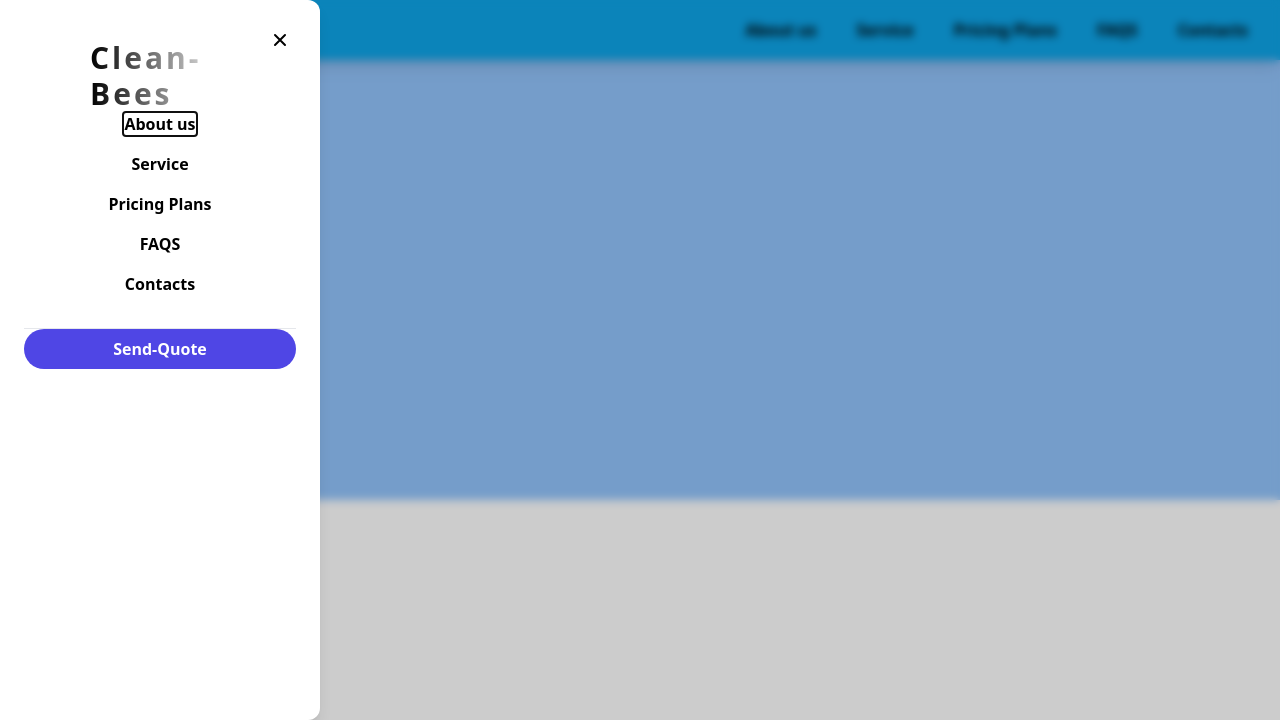
Repository: remydev47/cleanbees
Page: /
An editor plug-in stored every save of this project. The page is shown before and after the next save, followed by the edit.
The browser window is 1280 px wide. The pictures show the whole page.
The project was rebuilt for these pictures with package versions that can differ from the ones it lists, and the page was loaded fresh each time. The framework's server and built-in components were replaced by stand-ins that run in the browser. Also part of the build but not shown: next.config.js.

Above is the page before, as saved 2022-09-15 20:13:10.

After the next save:
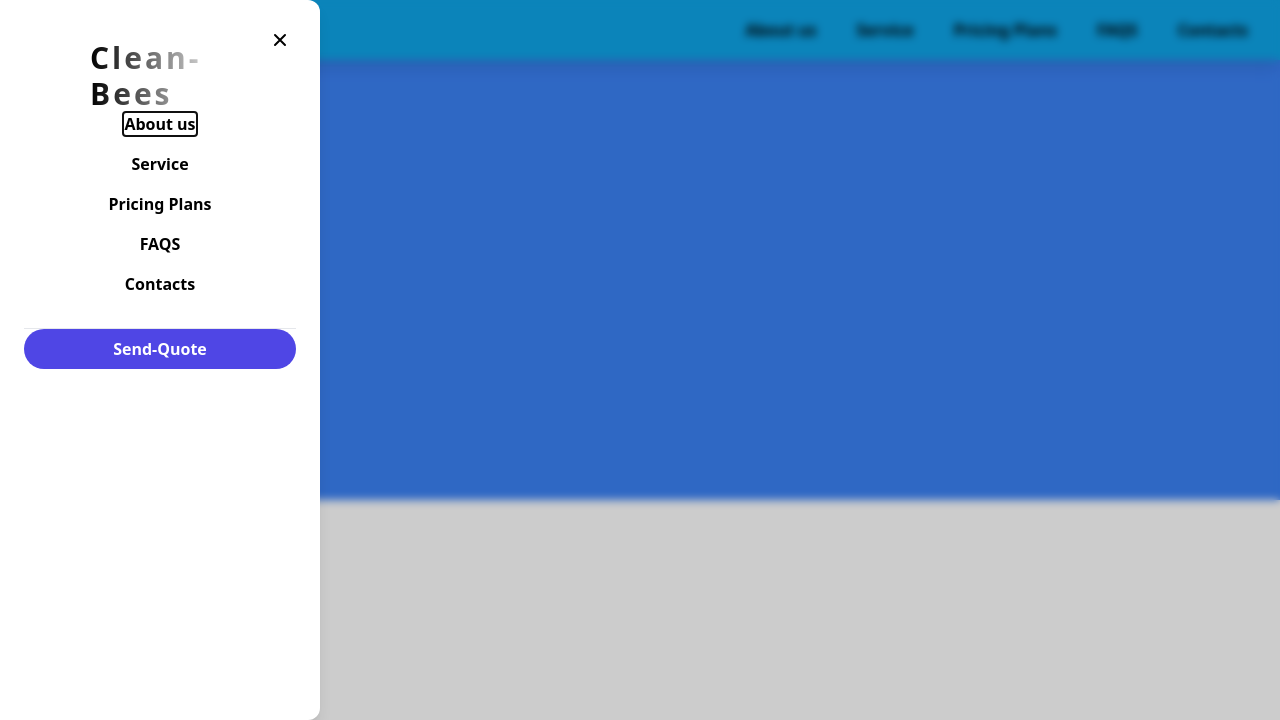
Saved 69 s later.
--- a/components/Hero.tsx
+++ b/components/Hero.tsx
@@ -5,7 +5,7 @@ import Image from 'next/image'
 const Hero = () => {
   return (
     <>
-      <section className='relative h-[640px] w-full  bg-blue-300 sm:h-[55vh] md:h-[440px]'>
+      <section className='relative h-[640px] w-full  bg-blue-500 sm:h-[55vh] md:h-[440px]'>
 
       </section>
 
